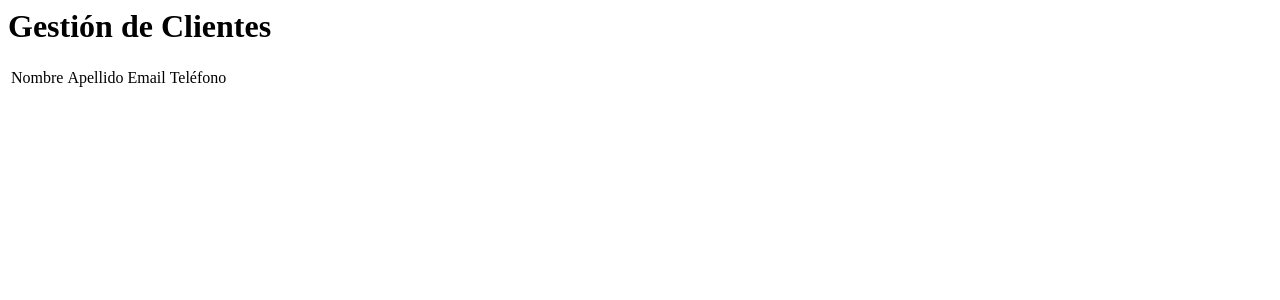
Repository: fgala1619/frontSistGestionBank
Page: index.html
The author's editor kept a copy of each file at every save. The page is drawn from the files as they stood at one save, then again after the next save.
The browser window is 1280 px wide. The pictures show the whole page.

Above is the page before, as saved 2023-07-08 21:58:13.

### index.html
<h1>Gestión de Clientes</h1>

<table>
    <tr>
        <td>Nombre</td>
        <td>Apellido</td>
        <td>Email</td>
        <td>Teléfono</td>
    </tr>
</table>

After the next save:
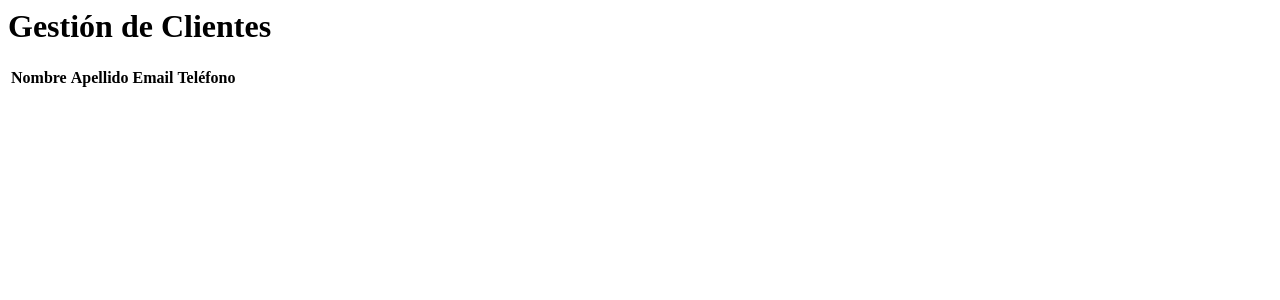
Saved 7 min 32 s later.
--- a/index.html
+++ b/index.html
@@ -2,9 +2,9 @@
 
 <table>
     <tr>
-        <td>Nombre</td>
-        <td>Apellido</td>
-        <td>Email</td>
-        <td>Teléfono</td>
+        <th>Nombre</th>
+        <th>Apellido</th>
+        <th>Email</th>
+        <th>Teléfono</th>
     </tr>
 </table>
